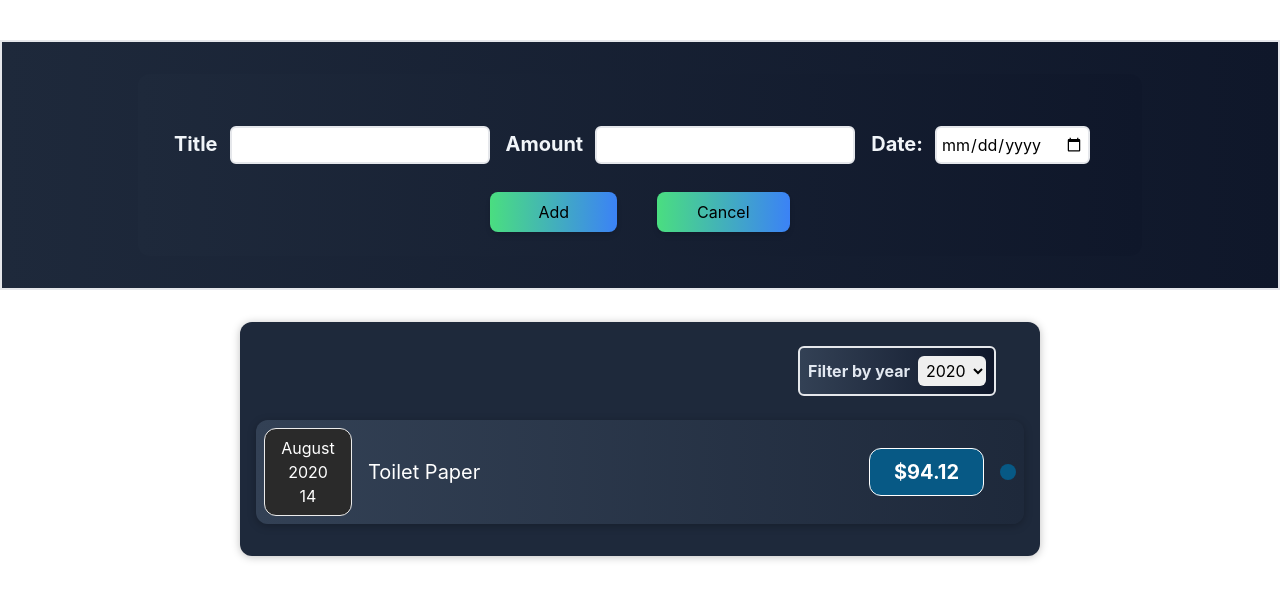
Repository: Sef24/expense-tracker
Page: /, after clicking the first element matching `button.flex`
An editor plug-in stored every save of this project. The page is shown before and after the next save, followed by the edit.
The browser window is 1280 px wide. The pictures show the whole page.
The project was rebuilt for these pictures with package versions that can differ from the ones it lists, and the page was loaded fresh each time. Also part of the build but not shown: src/components/NewExpense/NewExpense.css, src/components/NewExpense/ExpenseForm.css.

Above is the page before, as saved 2022-05-03 19:05:33.

### public/index.html
<!DOCTYPE html>
<html lang="en">
  <head>
    <meta charset="utf-8" />
    <link rel="icon" href="%PUBLIC_URL%/favicon.ico" />
    <meta name="viewport" content="width=device-width, initial-scale=1" />

    <meta
      name="description"
      content="Web site created using create-react-app"
    />
    <link rel="apple-touch-icon" href="%PUBLIC_URL%/logo192.png" />
    <!--
      manifest.json provides metadata used when your web app is installed on a
      user's mobile device or desktop. See https://developers.google.com/web/fundamentals/web-app-manifest/
    -->
    <link rel="manifest" href="%PUBLIC_URL%/manifest.json" />
    <!--
      Notice the use of %PUBLIC_URL% in the tags above.
      It will be replaced with the URL of the `public` folder during the build.
      Only files inside the `public` folder can be referenced from the HTML.

      Unlike "/favicon.ico" or "favicon.ico", "%PUBLIC_URL%/favicon.ico" will
      work correctly both with client-side routing and a non-root public URL.
      Learn how to configure a non-root public URL by running `npm run build`.
    -->
    <title>React App</title>
  </head>
  <body>
    <noscript>You need to enable JavaScript to run this app.</noscript>
    <div id="root"></div>
    <!--
      This HTML file is a template.
      If you open it directly in the browser, you will see an empty page.

      You can add webfonts, meta tags, or analytics to this file.
      The build step will place the bundled scripts into the <body> tag.

      To begin the development, run `npm start` or `yarn start`.
      To create a production bundle, use `npm run build` or `yarn build`.
    -->
  </body>
</html>

### src/App.js
import Expenses from "./components/Expenses";
import NewExpense from "./components/NewExpense/NewExpense";
import { useState } from "react";

const DUMMY_DATA = [
  {
    id: "e1",
    title: "Toilet Paper",
    amount: 94.12,
    date: new Date(2020, 7, 14),
  },
  { id: "e2", title: "New TV", amount: 799.49, date: new Date(2021, 2, 12) },
  {
    id: "e3",
    title: "Car Insurance",
    amount: 294.67,
    date: new Date(2021, 2, 28),
  },
  {
    id: "e4",
    title: "New Desk (Wooden)",
    amount: 450,
    date: new Date(2021, 5, 12),
  },
];

function App() {
  const [expenses, setExpenses] = useState(DUMMY_DATA);

  const addExpenseHandler = (expense) => {
    setExpenses((prevExpenses) => {
      return [expense, ...prevExpenses];
    });
  };
  return (
    <div>
      <div>
        <NewExpense onAddExpense={addExpenseHandler} />
        <Expenses items={expenses} />
      </div>
    </div>
  );
}

export default App;

### src/components/Expenses.js
import React, { useState } from "react";
import ExpenseItem from "./ExpenseItem";
import "./Expenses.css";
import ExpensesList from "./ExpensesList";
import ExpensesFilter from "./NewExpense/ExpensesFilter";

function Expenses(props) {
  const [filteredYear, setFilteredYear] = useState("2020");

  const filterChangeHandler = (selectedYear) => {
    setFilteredYear(selectedYear);
  };

  const filteredExpenses = props.items.filter((expense) => {
    return expense.date.getFullYear().toString() === filteredYear;
  });

  return (
    <div>
      <div className="expenses  bg-slate-800 ... ">
        <ExpensesFilter
          selected={filteredYear}
          onChangeFilter={filterChangeHandler}
        />
        <ExpensesList items={filteredExpenses} />
      </div>
    </div>
  );
}

export default Expenses;

### src/components/NewExpense/NewExpense.js
import React from "react";
import "./NewExpense.css";
import ExpenseForm from "./ExpenseForm";
import { useState } from "react";

function NewExpense(props) {
  const [isEditing, setIsEditing] = useState(false);

  const saveExpenseDataHandler = (enteredExpenseData) => {
    const expenseData = {
      ...enteredExpenseData,
      id: Math.random().toString(),
    };

    props.onAddExpense(expenseData);
    setIsEditing(false);
  };

  const startEditingHandler = () => {
    setIsEditing(true);
  };

  const stopEditingHandler = () => {
    setIsEditing(false);
  };

  return (
    <div
      className="flex w-full p-4 mt-10 items-center justify-center border-2
      bg-gradient-to-r from-slate-800 to-slate-900 ... px-10"
    >
      {!isEditing && (
        <button
          onClick={startEditingHandler}
          className="flex items-center justify-center border-2 p-4 rounded-lg text-slate-50
          cursor-pointer transition duration-100 transform hover:scale-125 hover:text-white
          bg-cyan-500 text-extra-bold"
        >
          Add Expense
        </button>
      )}
      {isEditing && (
        <ExpenseForm
          onSaveExpenseData={saveExpenseDataHandler}
          onCancel={stopEditingHandler}
        />
      )}
    </div>
  );
}

export default NewExpense;

### src/components/ExpenseItem.js
import React, { useState } from "react";
import "./ExpenseItem.css";
import ExpenseDate from "./ExpenseDate";

function ExpenseItem(props) {
  const [title, setTitle] = useState(props.title);

  const clickHandler = () => {
    setTitle("Updated");
    console.log(title);
  };

  return (
    <li>
      <div className="expense-item bg-gradient-to-r  from-slate-700  to-slate-800 ... border-x-cyan-100 ">
        <ExpenseDate date={props.date} />

        <div className="expense-item__description">
          <h2>{props.title}</h2>

          <div className="expense-item__price bg-sky-800">${props.amount}</div>
        </div>
        <button
          className="p-2 ml-4 border-transparent rounded-full border-0
        bg-sky-800 font-bold text-slate-50"
          onClick={clickHandler}
        ></button>
      </div>
    </li>
  );
}

export default ExpenseItem;

### src/components/Expenses.css
.expenses {
  padding: 1rem;

  margin: 2rem auto;
  width: 50rem;
  max-width: 95%;
  border-radius: 12px;
  box-shadow: 0 1px 8px rgba(0, 0, 0, 0.25);
}

### src/components/ExpensesList.js
import React from "react";

import ExpenseItem from "./ExpenseItem";

const ExpensesList = (props) => {
  if (props.items.length === 0) {
    return (
      <h2 className="text-white font-extrabold text-xl flex items-center justify-center">
        Found no expenses...
      </h2>
    );
  }

  return (
    <ul>
      {props.items.map((expense) => (
        <ExpenseItem
          key={expense.id}
          id={expense.id}
          title={expense.title}
          amount={expense.amount}
          date={expense.date}
        />
      ))}
    </ul>
  );
};

export default ExpensesList;

### src/components/NewExpense/ExpensesFilter.js
import React from "react";

const ExpensesFilter = (props) => {
  const dropdownChangeHandler = (event) => {
    props.onChangeFilter(event.target.value);
  };
  return (
    <div className="">
      <div className="flex justify-end p-2 mr-5 ">
        <div
          className="border-2  rounded-md border-inherit p-2 ml-6
        bg-gradient-to-r from-slate-700 to-slate-900 ..."
        >
          <label className="text-slate-200 font-bold mr-2">
            Filter by year
          </label>
          <select
            value={props.selected}
            onChange={dropdownChangeHandler}
            className="rounded-md p-1"
          >
            <option value="2022">2022</option>
            <option value="2021">2021</option>
            <option value="2020">2020</option>
            <option value="2019">2019</option>
          </select>
        </div>
      </div>
    </div>
  );
};

export default ExpensesFilter;

### src/components/NewExpense/ExpenseForm.js
import React, { useState } from "react";
import "./ExpenseForm.css";

function ExpenseForm(props) {
  const [titleHandler, setTitleHandler] = useState("");
  const [amountHandler, setAmountHandler] = useState("");
  const [dateHandler, setDateHandler] = useState("");

  const handleTitleChange = (event) => {
    setTitleHandler(event.target.value);
  };

  const handleAmountChange = (event) => {
    setAmountHandler(event.target.value);
  };

  const handleDateChange = (event) => {
    setDateHandler(event.target.value);
  };

  const handleSubmit = (event) => {
    event.preventDefault();

    const expenseData = {
      title: titleHandler,
      amount: amountHandler,
      date: new Date(dateHandler),
    };
    props.onSaveExpenseData(expenseData);
    setTitleHandler("");
    setAmountHandler("");
    setDateHandler("");
  };

  return (
    <form
      className="bg-gradient-to-r from-slate-800 to-slate-900 ... p-6 m-4 rounded-xl"
      onSubmit={handleSubmit}
    >
      <div className="flex justify-center pt-4 m-3">
        <div className="font-bold text-slate-100 text-xl mr-1 mt-1">Title</div>
        <input
          className="border-2 mr-4 ml-2 rounded-md p-1 hover:bg-slate-50 active:bg-slate-50 "
          type="text"
          onChange={handleTitleChange}
          value={titleHandler}
        />

        <div className="font-bold text-slate-100 text-xl mr-1 mt-1">Amount</div>
        <input
          className="border-2 mr-4 ml-2 rounded-md p-1 hover:bg-slate-50 active:bg-slate-50"
          type="number"
          min="0.01"
          step="0.01"
          onChange={handleAmountChange}
          value={amountHandler}
        />

        <div className="font-bold text-slate-100 text-xl mr-1 mt-1">Date:</div>
        <input
          className="border-2 mr-4 ml-2 rounded-md p-1 hover:bg-slate-50 active:bg-slate-50"
          type="date"
          onChange={handleDateChange}
          value={dateHandler}
        />
      </div>
      <div className="flex flex-grow space-x-10 items-center justify-center ">
        <button
          type="submit"
          className="p-2 mt-4 px-12 border-3 border-solid rounded-lg shadow-md
          bg-gradient-to-r from-green-400 to-blue-500
          hover:from-pink-500 hover:to-yellow-500 ...
          active:opacity-75"
        >
          Add
        </button>
        <button
          type="button"
          onClick={props.onCancel}
          className="p-2 mt-4 px-10 border-3 border-solid rounded-lg shadow-md
          bg-gradient-to-r from-green-400 to-blue-500
          hover:from-pink-500 hover:to-yellow-500 ...
          active:opacity-75"
        >
          Cancel
        </button>
      </div>
    </form>
  );
}

export default ExpenseForm;

### src/components/ExpenseItem.css
.expense-item {
  display: flex;
  justify-content: space-between;
  align-items: center;
  box-shadow: 0 2px 8px rgba(0, 0, 0, 0.25);
  padding: 0.5rem;
  margin: 1rem 0;
  border-radius: 12px;
}

.expense-item__description {
  display: flex;
  flex-direction: column;
  gap: 1rem;
  align-items: flex-end;
  flex-flow: column-reverse;
  justify-content: flex-start;
  flex: 1;
}

.expense-item h2 {
  color: #3a3a3a;
  font-size: 1rem;
  flex: 1;
  margin: 0 1rem;
  color: white;
}

.expense-item__price {
  font-size: 1rem;
  font-weight: bold;
  color: white;

  border: 1px solid white;
  padding: 0.5rem;
  border-radius: 12px;
}

@media (min-width: 580px) {
  .expense-item__description {
    flex-direction: row;
    align-items: center;
    justify-content: flex-start;
    flex: 1;
  }

  .expense-item__description h2 {
    font-size: 1.25rem;
  }

  .expense-item__price {
    font-size: 1.25rem;
    padding: 0.5rem 1.5rem;
  }
}

### src/components/ExpenseDate.js
import React from "react";
import "./ExpenseDate.css";

function ExpenseDate(props) {
  const month = props.date.toLocaleString("en-US", { month: "long" });
  const day = props.date.getDate();
  const year = props.date.getFullYear();

  return (
    <div className="expense-date">
      <div className="expense__month">{month}</div>
      <div className="expense__year">{year}</div>
      <div className="expense__day">{day}</div>
    </div>
  );
}

export default ExpenseDate;

Loaded but not shown: src/index.js (common file); src/index.css (common file); src/components/ExpenseDate.css (common file); tailwind.config.js (common file)

After the next save:
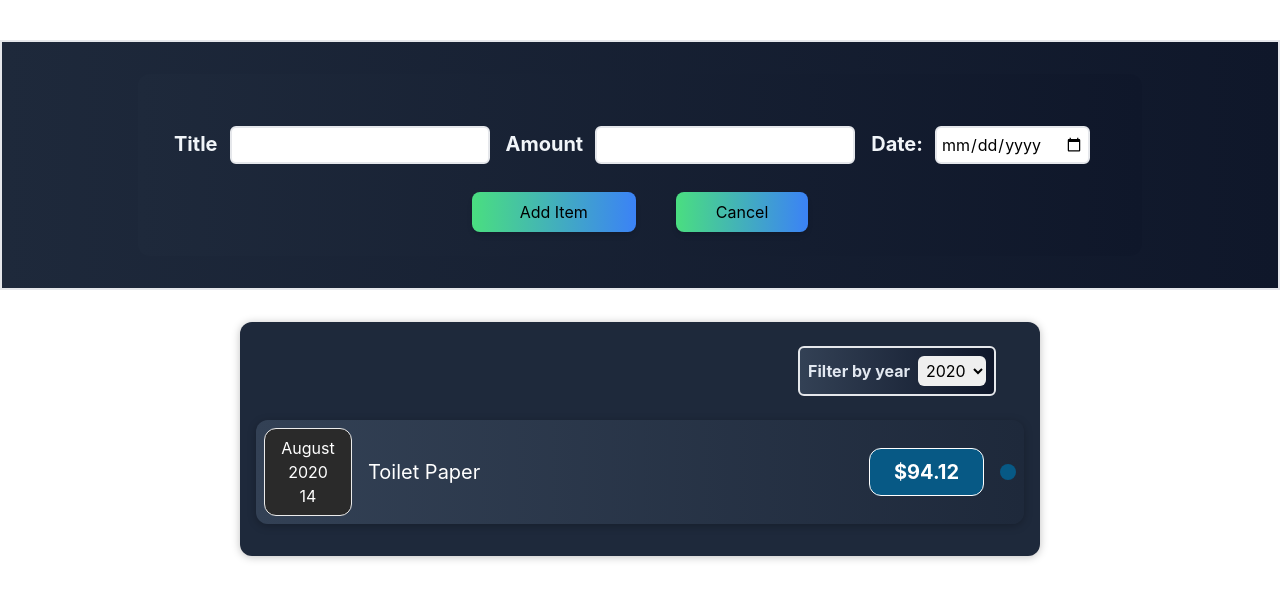
Saved 10 s later.
--- a/src/components/NewExpense/ExpenseForm.js
+++ b/src/components/NewExpense/ExpenseForm.js
@@ -72,7 +72,7 @@ function ExpenseForm(props) {
           hover:from-pink-500 hover:to-yellow-500 ...
           active:opacity-75"
         >
-          Add
+          Add Item
         </button>
         <button
           type="button"
